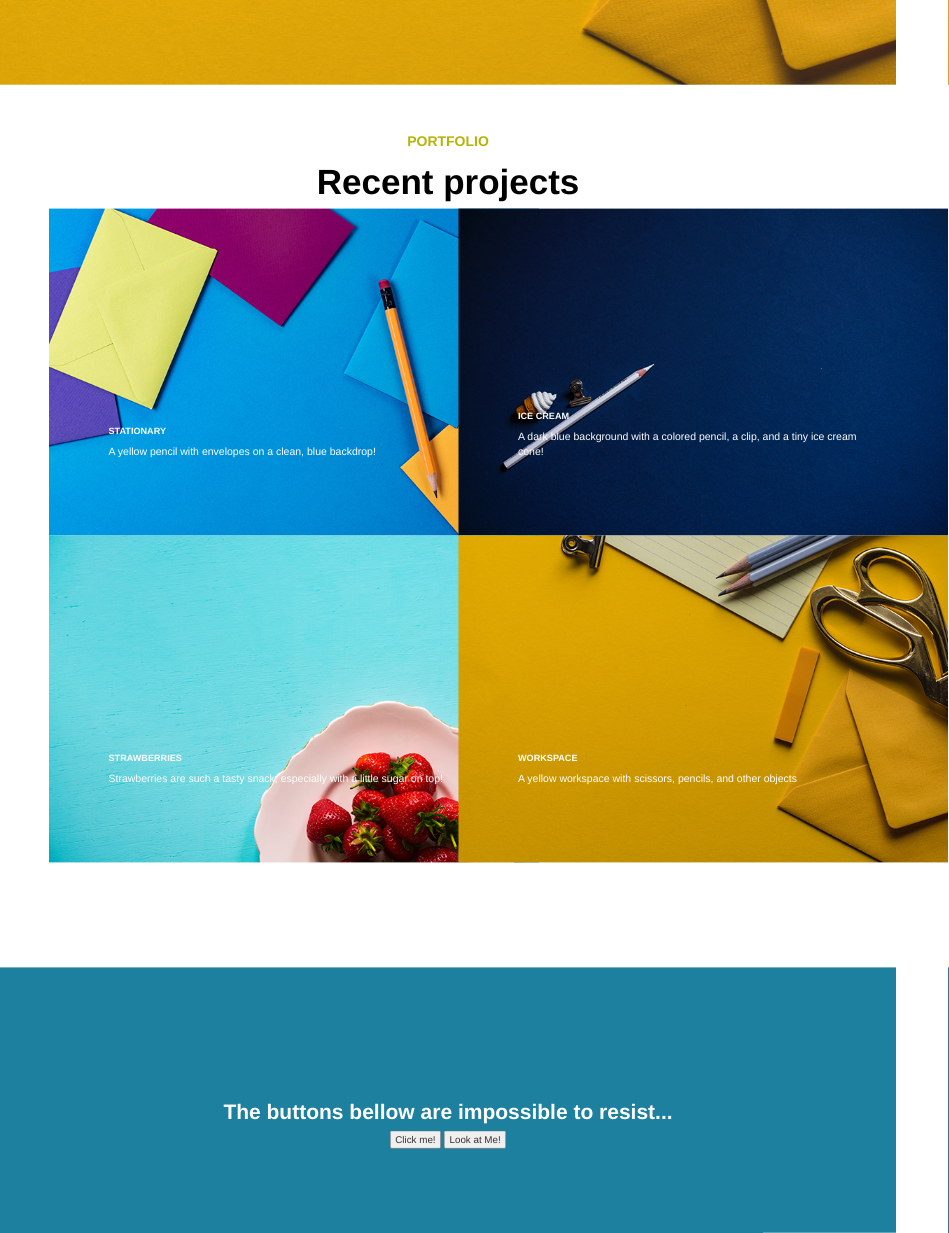
Repository: codin-full-stack/tomasz
Page: http://localhost/tomasz/portfolio/index.php
An editor plug-in stored every save of this project. The page is shown before and after a run of saves, followed by the edit.
The browser window is 1280 px wide. The page is 1355 px wide, so the pictures cover 1355 px, including what lies to the right of the window. The pictures show the part of the page from y = 2310 to 4150 px (the page is 4071 px tall before and 4150 px after), at 70% of full size.
Some web libraries are served in a nearby version. The page is run by PHP 8.4 with error messages shown; the project is at /var/www/html/.

Above is the page before, as saved 2018-10-23 09:28:57.

After the next 2 saves:
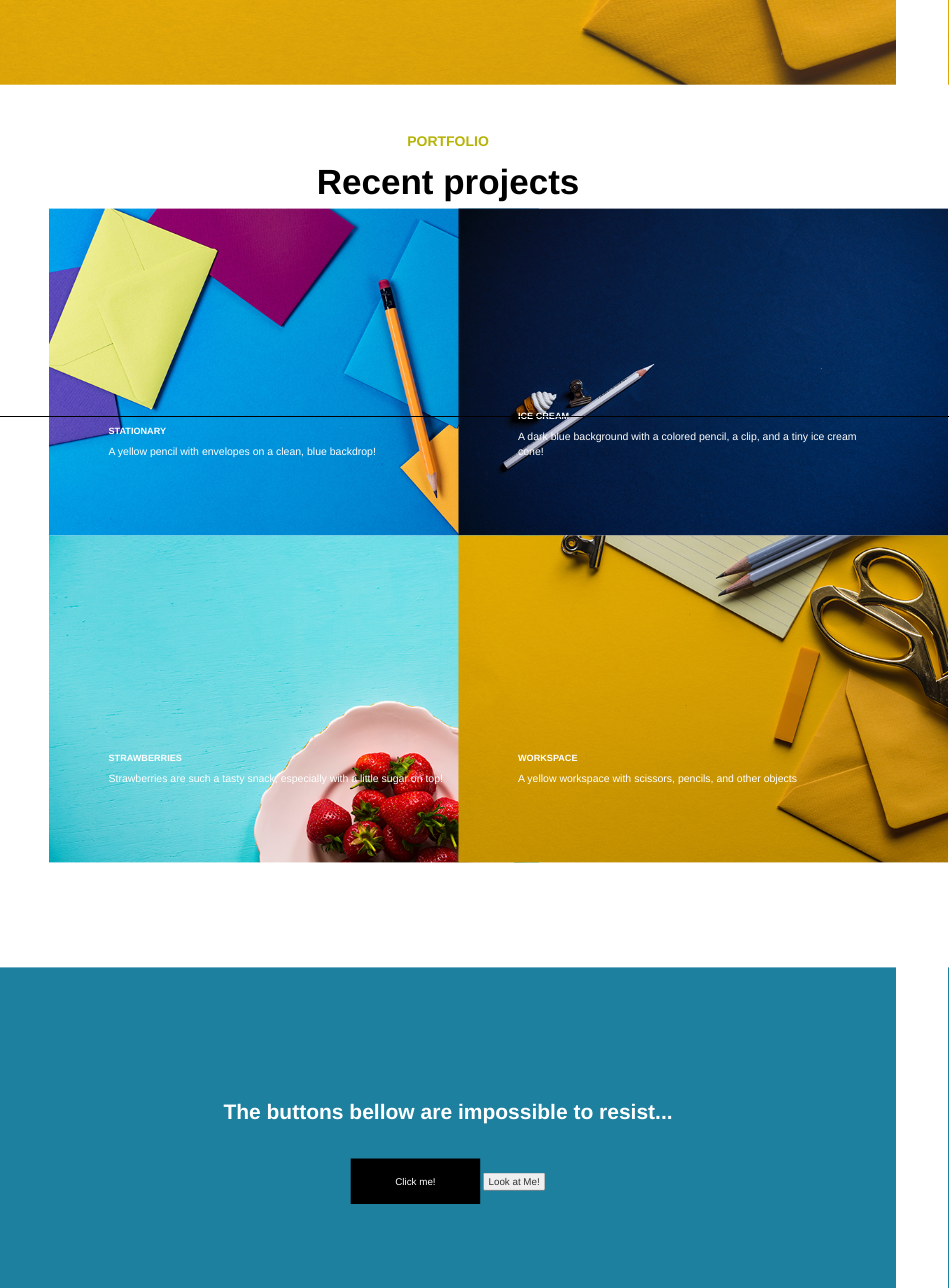
The 2 saves are shown as one change because they came seconds apart.
The last was saved 43 s later.
--- a/portfolio/styles.css
+++ b/portfolio/styles.css
@@ -179,6 +179,15 @@ body {
     margin-top: 40px;
 }
 
+.button7-1 {
+    width: 185px;
+    height: 65px;
+    background-color: #000000;
+    border: none;
+    color: #ffffff;
+    margin-top: 40px;
+}
+
 .iconframe {
     height: 120px;
     width: 120px;
